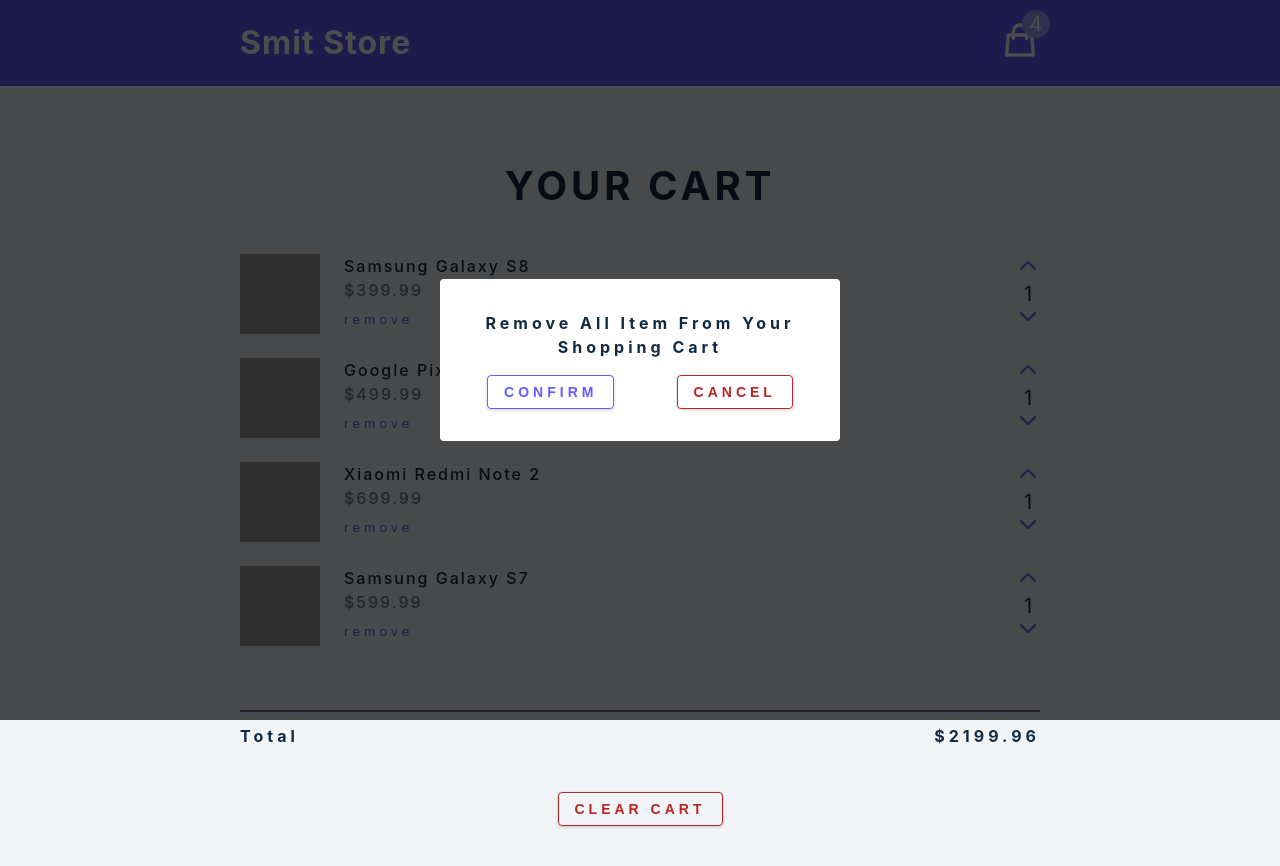
Repository: smit1298/Redux-Toolkit-Add-to-Cart
Page: /
The author's editor kept a copy of each file at every save. The page is drawn from the files as they stood at one save, then again after a run of saves.
The browser window is 1280 px wide. The pictures show the whole page.
Pictures or frames that could not be fetched are drawn as grey boxes. The project was rebuilt for these pictures with package versions that can differ from the ones it lists, and the page was loaded fresh each time.

Above is the page before, as saved 2022-11-15 09:14:19.

### src/index.js
import React from "react";
import ReactDOM from "react-dom";
import "./index.css";
import App from "./App";
import { Provider } from "react-redux";
import { store } from "./store"

ReactDOM.render(
  <React.StrictMode>
    <Provider store={store}>
      <App />
    </Provider>
  </React.StrictMode>,
  document.getElementById("root")
);

### src/App.js
import { useEffect } from "react";
import Navbar from "./components/Navbar";
import CartContainer from "./components/CartContainer";
import { useDispatch, useSelector } from "react-redux";
import { calculateTotals } from "./features/cart/cartSlice";
import Modal from "./components/Modal";

function App() {
  const { cartItems } = useSelector((store) => store.cart);
  const { isOpen } = useSelector((store) => store.modal);
  const dispatch = useDispatch();

  useEffect(() => {
    dispatch(calculateTotals());
  }, [cartItems]);
  return (
    <main>
    {isOpen }
    <Modal />
      <Navbar />
      <CartContainer />
    </main>
  );
}
export default App;

### src/store.js
import { configureStore } from "@reduxjs/toolkit";
import cartReducer from "./features/cart/cartSlice";
import modalReducer from "./features/modal/ModalSlice";

export const store = configureStore({
  reducer: {
    cart: cartReducer,
    modal: modalReducer,
  },
});

### src/components/Navbar.js
import { CartIcon} from "../icons";
import { useSelector } from "react-redux";

const Navbar = () => {
  const {amount} = useSelector((store) => store.cart);
  return (
     <nav>
      <div className="nav-center">
        <h3>smit store</h3>
        <div className="nav-container">
          <CartIcon />
          <div className="amount-container">
            <p className="total-amount">{amount}</p>
          </div>
        </div>
      </div>
    </nav>


  );
};

export default Navbar;

### src/components/CartContainer.js
import CartItem from "./CartItem";
import { useDispatch, useSelector } from "react-redux";
import { clearCart } from "../features/cart/cartSlice";

const CartContainer = () => {
  const dispatch = useDispatch();

  const { cartItems, total, amount } = useSelector((store) => store.cart);
  if (amount < 1) {
    return (
      <section className="cart">
        <header>
          <h2>your cart</h2>
          <h4 className="empty-cart">is currently empty</h4>
        </header>
      </section>
    );
  }
  return (
    <section className="cart">
      <header>
        <h2>Your cart</h2>
      </header>
      <div>
        {cartItems.map((item) => {
          return <CartItem key={item.id} {...item} />;
        })}
      </div>
      <footer>
        <hr />
        <div className="cart-total">
          <h4>
            total <span>${total.toFixed(2)}</span>
          </h4>
        </div>
        <button className="btn clear-btn" onClick={() => dispatch(clearCart())}>
          clear cart
        </button>
      </footer>
    </section>
  );
};

export default CartContainer;

### src/features/cart/cartSlice.js
import { createSlice } from "@reduxjs/toolkit";
import cartItems from "../../cartItems";

const initialState = {
  cartItems: cartItems,
  amount: 4,
  total: 0,
  isLoading: true,
};

const cartSlice = createSlice({
  name: "cart",
  initialState,
  reducers: {
    clearCart: (state) => {
      state.cartItems = [];
    },
    removeItem: (state, action) => {
      const itemId = action.payload;
      state.cartItems = state.cartItems.filter((item) => item.id !== itemId);
    },
    increase: (state, { payload }) => {
      const cartItem = state.cartItems.find((item) => item.id === payload.id);
      cartItem.amount = cartItem.amount + 1;
    },
    decrease: (state, { payload }) => {
      const cartItem = state.cartItems.find((item) => item.id === payload.id);
      cartItem.amount = cartItem.amount - 1;
    },
    calculateTotals: (state) => {
      let amount = 0;
      let total = 0;
      state.cartItems.forEach((item) => {
        amount += item.amount
        total += item.amount * item.price
      })
      state.amount = amount
      state.total = total
    },
  },
});

// console.log(cartSlice);
export const { clearCart, removeItem, increase, decrease, calculateTotals } = cartSlice.actions;
export default cartSlice.reducer;

### src/components/Modal.js
const Modal = () => {
  return (
    <aside className="modal-container">
      <div className="modal">
        <h4>remove all item from your shopping cart</h4>
        <div className="btn-container">
          <button type="button" className="btn confirm-btn">
            confirm
          </button>
          <button type="button" className="btn clear-btn">
            cancel
          </button>
        </div>
      </div>
    </aside>
  );
};

export default Modal;

### src/icons.js
export const CartIcon = () => {
  return (
    <svg
      xmlns="http://www.w3.org/2000/svg"
      className="h-6 w-6 "
      fill="none"
      viewBox="0 0 24 24"
      stroke="currentColor"
      strokeWidth={2}
    >
      <path
        strokeLinecap="round"
        strokeLinejoin="round"
        d="M16 11V7a4 4 0 00-8 0v4M5 9h14l1 12H4L5 9z"
      />
    </svg>
  );
};

export const ChevronDown = () => {
  return (
    <svg
      xmlns="http://www.w3.org/2000/svg"
      className="h-6 w-6"
      fill="none"
      viewBox="0 0 24 24"
      stroke="currentColor"
      strokeWidth={2}
    >
      <path strokeLinecap="round" strokeLinejoin="round" d="M19 9l-7 7-7-7" />
    </svg>
  );
};

export const ChevronUp = () => {
  return (
    <svg
      xmlns="http://www.w3.org/2000/svg"
      className="h-6 w-6"
      fill="none"
      viewBox="0 0 24 24"
      stroke="currentColor"
      strokeWidth={2}
    >
      <path strokeLinecap="round" strokeLinejoin="round" d="M5 15l7-7 7 7" />
    </svg>
  );
};
export const Testing = () => (
  <svg
    xmlns="http://www.w3.org/2000/svg"
    fill="none"
    viewBox="0 0 24 24"
    strokeWidth={1.5}
    stroke="currentColor"
    className="w-6 h-6"
  >
    <path
      strokeLinecap="round"
      strokeLinejoin="round"
      d="M2.25 18.75a60.07 60.07 0 0115.797 2.101c.727.198 1.453-.342 1.453-1.096V18.75M3.75 4.5v.75A.75.75 0 013 6h-.75m0 0v-.375c0-.621.504-1.125 1.125-1.125H20.25M2.25 6v9m18-10.5v.75c0 .414.336.75.75.75h.75m-1.5-1.5h.375c.621 0 1.125.504 1.125 1.125v9.75c0 .621-.504 1.125-1.125 1.125h-.375m1.5-1.5H21a.75.75 0 00-.75.75v.75m0 0H3.75m0 0h-.375a1.125 1.125 0 01-1.125-1.125V15m1.5 1.5v-.75A.75.75 0 003 15h-.75M15 10.5a3 3 0 11-6 0 3 3 0 016 0zm3 0h.008v.008H18V10.5zm-12 0h.008v.008H6V10.5z"
    />
  </svg>
);

### src/components/CartItem.js
import { ChevronDown, ChevronUp } from "../icons";
import { removeItem, increase, decrease } from "../features/cart/cartSlice";
import { useDispatch } from "react-redux";

const CartItem = ({ id, img, title, price, amount }) => {
  const dispatch = useDispatch();

  return (
    <article className="cart-item">
      <img src={img} alt={title} />
      <div>
        <h4>{title}</h4>
        <h4 className="item-price">${price}</h4>
        <button
          className="remove-btn"
          onClick={() => {
            dispatch(removeItem(id));
          }}
        >
          remove
        </button>
      </div>

      <div>
        <button
          className="amount-btn"
          onClick={() => {
            dispatch(increase({ id }));
          }}
        >
          <ChevronUp />
        </button>
        <p className="amount">{amount}</p>
        <button
          className="amount-btn"
          onClick={() => {
            if (amount === 1 ){
              dispatch(removeItem(id))
              return
            }
            dispatch(decrease({ id }));
          }}
        >
          <ChevronDown />
        </button>
      </div>
    </article>
  );
};

export default CartItem;

### src/cartItems.js
const cartItems = [
  {
    id: 'rec1JZlfCIBOPdcT2',
    title: 'Samsung Galaxy S8',
    price: '399.99',
    img: 'https://dl.airtable.com/.attachments/64b266ad865098befbda3c3577a773c9/24497852/yedjpkwxljtb75t3tezl.png',
    amount: 1,
  },
  {
    id: 'recB6qcHPxb62YJ75',
    title: 'google pixel',
    price: '499.99',
    img: 'https://dl.airtable.com/.attachments/91c88ae8c1580e2b762ecb3f73ed1eed/a633139a/phone-1_gvesln.png',
    amount: 1,
  },
  {
    id: 'recdRxBsE14Rr2VuJ',
    title: 'Xiaomi Redmi Note 2',
    price: '699.99',
    img: 'https://dl.airtable.com/.attachments/bae9208dc34f35128749ecda5b999e84/337c285d/phone-3_h2s6fo.png',
    amount: 1,
  },
  {
    id: 'recwTo160XST3PIoW',
    title: 'Samsung Galaxy S7',
    price: '599.99 ',
    img: 'https://dl.airtable.com/.attachments/91ee456448cef47deec553a2ea3fa8ad/b08bec68/phone-2_ohtt5s.png',
    amount: 1,
  },
];

export default cartItems;

Loaded but not shown: public/index.html (common file); src/index.css (common file); src/features/modal/ModalSlice.js (common file)

After the next 4 saves:
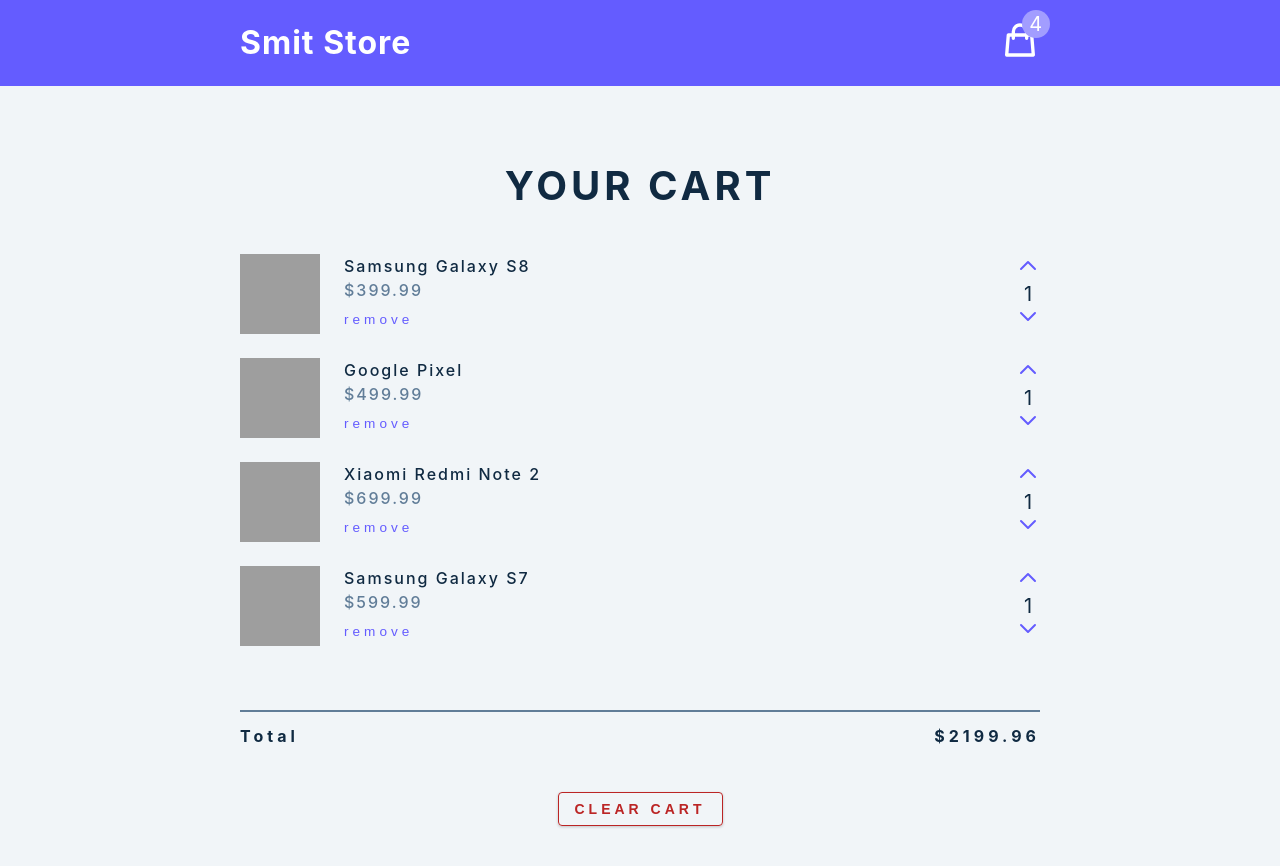
The 4 saves are shown as one change because 1 did not build or start and some came seconds apart.
The last was saved 32 s later.
--- a/src/App.js
+++ b/src/App.js
@@ -15,8 +15,7 @@
   }, [cartItems]);
   return (
     <main>
-    {isOpen }
-    <Modal />
+      {isOpen && <Modal />}
       <Navbar />
       <CartContainer />
     </main>
